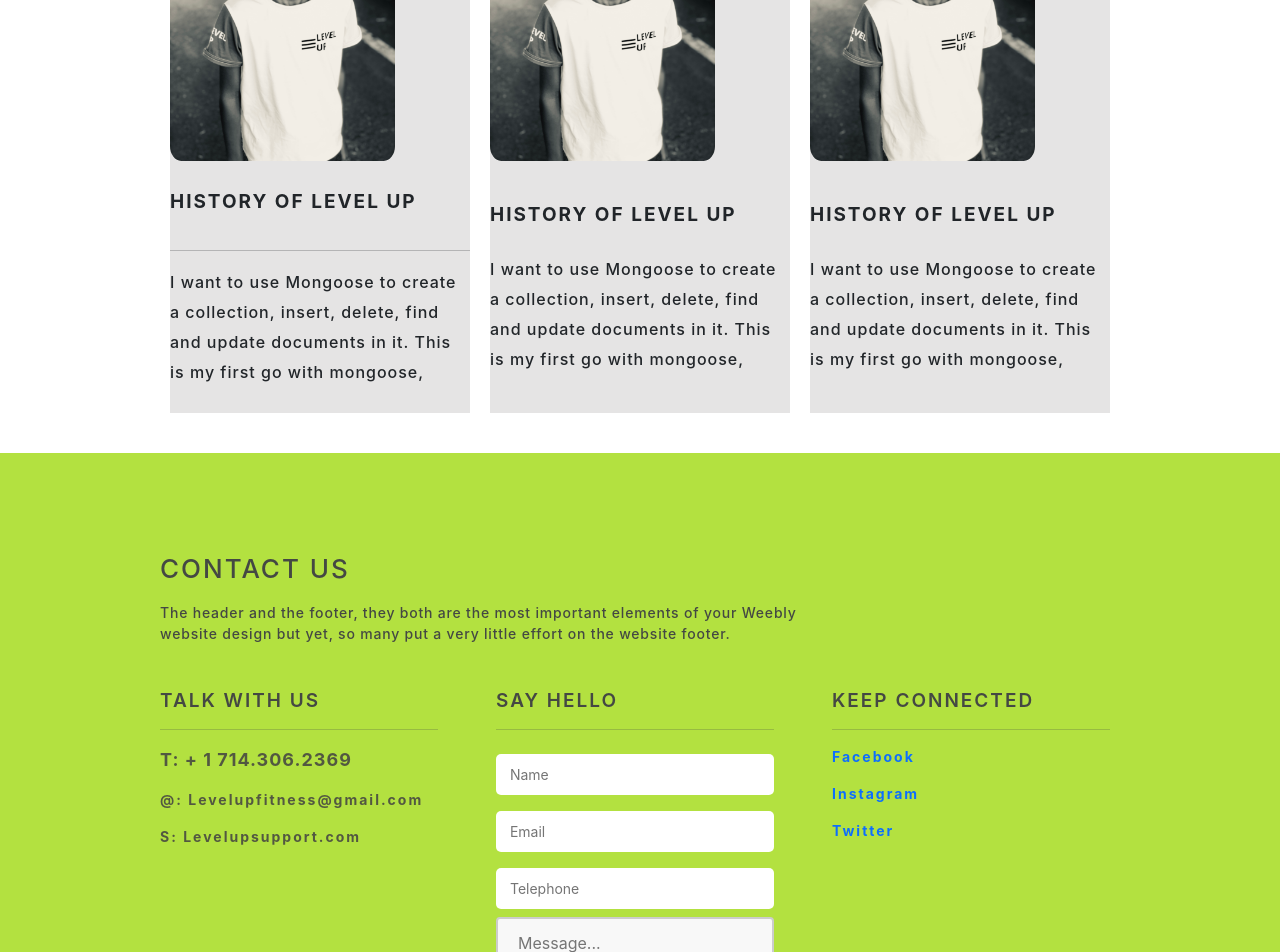
Repository: Bojurie/Level-up
Page: /about (app in client/)
An editor plug-in stored every save of this project. The page is shown before and after the next save, followed by the edit.
The browser window is 1280 px wide. The pictures show the part of the page from y = 589 to 1541 px (the page is 1799 px tall before and 1769 px after).
Some web fonts or font styles are not loaded; a fallback is used. Some web libraries are served in a nearby version. The project was rebuilt for these pictures with package versions that can differ from the ones it lists, and the page was loaded fresh each time. Also part of the build but not shown: client/src/components/Carousel.js, client/src/components/HomeVlog.css, client/src/components/HomeVlog.js, client/src/components/homeProducts.css, client/src/components/HomeProducts.js, client/src/components/Card.js, client/src/components/HomeShop.css, client/src/components/HomeShop.js and 10 more. Imported but missing from the stored project, and not drawn on this page: client/src/components/Chart.

Above is the page before, as saved 2022-11-30 16:20:25.

### client/public/index.html
<!DOCTYPE html>
<html lang="en">
  <head>
    <meta charset="utf-8" />
    <link rel="icon" href="%PUBLIC_URL%/favicon.ico" />
    <meta name="viewport" content="width=device-width, initial-scale=1" />
    <meta name="theme-color" content="#000000" />
    <meta
      name="description"
      content="Web site created using create-react-app"
    />
    <link rel="apple-touch-icon" href="%PUBLIC_URL%/logo192.png" />
    <link rel="manifest" href="%PUBLIC_URL%/manifest.json" />

    <link rel="preconnect" href="https://fonts.googleapis.com" />
    <link rel="preconnect" href="https://fonts.gstatic.com" crossorigin />
    <link
      href="https://fonts.googleapis.com/css2?family=Asap+Condensed:ital,wght@0,400;0,500;1,400&family=Chivo:wght@300;400&family=Jura:wght@300;400;500;600;700&family=Lato:ital,wght@0,400;0,700;1,400&family=Nunito+Sans:wght@400;600&family=Oswald:wght@300;500;700&family=Playball&family=Roboto:ital,wght@0,400;0,500;1,500&family=Wallpoet&display=swap"
      rel="stylesheet"
    />

    <link
      rel="stylesheet"
      href="https://cdn.jsdelivr.net/npm/bootstrap@5.1.3/dist/css/bootstrap.min.css"
      integrity="sha384-1BmE4kWBq78iYhFldvKuhfTAU6auU8tT94WrHftjDbrCEXSU1oBoqyl2QvZ6jIW3"
      crossorigin="anonymous"
    />
    <script
      src="https://kit.fontawesome.com/5ffdb52964.js"
      crossorigin="anonymous"
    ></script>
    <title>React App</title>
    <script
      src="https://kit.fontawesome.com/5ffdb52964.js"
      crossorigin="anonymous"
    ></script>
  </head>
  <body>
    <noscript>You need to enable JavaScript to run this app.</noscript>
    <div id="root"></div>
    <!--
      This HTML file is a template.
      If you open it directly in the browser, you will see an empty page.

      You can add webfonts, meta tags, or analytics to this file.
      The build step will place the bundled scripts into the <body> tag.

      To begin the development, run `npm start` or `yarn start`.
      To create a production bundle, use `npm run build` or `yarn build`.
    -->
  </body>
</html>

### client/src/App.js
import React from 'react';
// import { BrowserRouter as Router, Route, Routes } from 'react-router-dom';
import { BrowserRouter as Router, Route, Routes} from 'react-router-dom'


import Home from './pages/Home';
import About from './pages/About';
import Shop from './pages/Shop';
import Contact from './pages/Contact';
import Navbar from './components/Navbar';
import Footer from './components/Footer';
import LogIn from './pages/LogIn';
import Register from './pages/Register';
import Chart from './components/Chart';
import Vlog from './pages/Vlog';

import {DataProvider} from './components/Context'


function App() {

  return (
        <Router>
          <DataProvider>
          <Navbar />
          <Routes>
              <Route path='/' element={<Home />} />
              <Route path='/about' element={<About />} />
              <Route path='/contact' element={<Contact />} />
              <Route path='/shop' element={<Shop />} />
              <Route path='/vlog' element={<Vlog />} />
              <Route path='/login' element={<LogIn/>} />
              <Route path='/register' element={<Register />} />
              <Route path='/chart' element={<Chart/>} />
          </Routes>
          <Footer />
          </DataProvider>
        </Router>
  );
}

export default App;

### client/src/pages/About.js
import React from 'react';
import './About.css';

import DarkImage from '../images/IMG_5367.jpg'
import { FormTitle } from '../components/FormTitle';
const imgse = DarkImage;

const About = () => {

  return (
    <div className='about'>
    <FormTitle className="sign-in-form__title" />
      <div className=''>
          <div className='aboutContainer'>
            <h1> Who Are We </h1>
            <div className='aboutContent'>
              <div className='aboutParagraph'>
                <div className='AboutUs-content'>
                    <div className='AboutHistory'>
                        <div className='history-img'>
                            <img src={imgse} alt='img'/>
                        </div>
                        <div className='history-content'>
                          <h1>History of Level Up</h1><hr/>
                          <p>I want to use Mongoose to create a collection, insert, delete, find and update documents in it. This is my first go with mongoose,</p>
                        </div>
                    </div>
                    <div className='AboutGoal'>
                        <div className='history-img'>
                            <img src={imgse} alt='img'/>
                        </div>
                        <div className='history-content'>
                          <h1>History of Level Up</h1>
                          <p>I want to use Mongoose to create a collection, insert, delete, find and update documents in it. This is my first go with mongoose,</p>
                        </div>
                    </div>
                    <div className='Aboutproduct'>
                        <div className='history-img'>
                            <img src={imgse} alt='img'/>
                        </div>
                        <div className='history-content'>
                          <h1>History of Level Up</h1>
                          <p>I want to use Mongoose to create a collection, insert, delete, find and update documents in it. This is my first go with mongoose,</p>
                        </div>
                    </div>

                </div>



              </div>
            </div>
          </div>
      </div>
    </div>
  );
}

export default About;

### client/src/components/Navbar.js
import React from 'react';
import { Link } from 'react-router-dom';

import './Navbar.css'
import Logo from '../images/Logo.png'



const Navbar = () => {
  return (
    <nav className='navbar'>
      <div className='navbar-wrapper'>
        <Link to='/' className='logo'>
            <img src={Logo} alt='logo' />
        </Link>
        <ul className='navbar-links'>
            <Link to='/' >Home </Link>
            <Link to='/shop'> Shop</Link>
            <Link to='/Vlog'> V-Log</Link>
            <Link to='/about'> About</Link>
            <Link to='/contact'> Contact</Link>
            <Link to='/login'> Login </Link>
            <Link to='/register'>SignUp</Link>
            <Link to='/chart'><i class="fa-solid fa-cart-shopping"></i></Link>

        </ul>
      </div>

    </nav>
  );
}

export default Navbar;

### client/src/components/Footer.js
import React from 'react';
import { Link } from 'react-router-dom';
  import { FontAwesomeIcon } from '@fortawesome/react-fontawesome'
  import { instagram } from '@fortawesome/free-solid-svg-icons'

import './Footer.css';

const Footer = () => {
  return (
    <div className='footer'>
      <div className='footer-wrapper'>
        <div className='footer-header-wrapper'>
          <div className='footer-header'>
            <h1>Contact Us</h1>
          </div>
          <div className='footer-paragraph'>
            <p>The header and the footer, they both are the most important elements of your Weebly website design but yet, so many put a very little effort on the website footer.</p>
          </div>

        </div>
        <div className='footer-nav-content'>
            <div className='footer-navs-left'>
              <h3>Talk With Us</h3><hr/>
              <div className='footer-contact'>
                <div className='tel'>
                  <p>T: + 1 714.306.2369</p>
                </div>
                <div className='email'>
                  <p>@: Levelupfitness@gmail.com</p>
                </div>
                <div className='support'>
                  <p>S: Levelupsupport.com</p>
                </div>

              </div>

            </div>
            <div className='footer-navs-middle'>
                <h3>Say Hello</h3><hr/>
              <div className='footer-form'>

                  <form className='form'>
                    <input type='text' placeholder=' Name' />
                    <input type='text' placeholder=' Email' />
                    <input type='text' placeholder=' Telephone' />
                    <textarea placeholder='Message...' />
                  </form>
                  <div className='form-btn'>
                    <input type='submit' placeholder='' />
                  </div>

              </div>
            </div>
            <div className='footer-navs-right'>
              <h3>Keep Connected</h3><hr/>
              <div className='social-media'>
                <p><Link to='/'>Facebook</Link></p>
                <p><Link to='/'><FontAwesomeIcon icon="fa-brands fa-instagram" /> Instagram</Link></p>
                <p><Link to='/'>Twitter</Link></p>

              </div>

            </div>
        </div>


      </div>
    </div>
  );
}

export default Footer;

### client/src/components/Context.js
import React,{Component} from 'react';
export const DataContext = React.createContext();

export class DataProvider extends Component {
  constructor(props) {
    super(props)

    this.state = {
       products: [
         {
          "_id": "1",
          "title": "Level-Up Sweat Pant",
          "src": "https://images.unsplash.com/photo-1618354691373-d851c5c3a990?ixlib=rb-1.2.1&ixid=MnwxMjA3fDB8MHxwaG90by1wYWdlfHx8fGVufDB8fHx8&auto=format&fit=crop&w=658&q=80",
          "description": "Classic fit for running and outdoor activities.",
          "price": 39,
          "colors": ["red", "blue", "black"],
          "count": 2,
         },
         {
          "_id": "2",
          "title": "Kids Level-Up SweatPant",
          "src": "https://images.unsplash.com/flagged/photo-1555895312-bbc472c964f3?ixlib=rb-1.2.1&ixid=MnwxMjA3fDB8MHxwaG90by1wYWdlfHx8fGVufDB8fHx8&auto=format&fit=crop&w=388&q=80",
          "description": "Kids track sweatsuit for running or leisure activities",
          "price": 20,
          "colors": ["red", "blue", "black"],
          "count": 2,
         },
         {
          "_id": "3",
          "title": "Level Up Tank Top",
          "src": "https://images.unsplash.com/photo-1618354691373-d851c5c3a990?ixlib=rb-1.2.1&ixid=MnwxMjA3fDB8MHxwaG90by1wYWdlfHx8fGVufDB8fHx8&auto=format&fit=crop&w=658&q=80",
          "description": "description",
          "price": 20,
          "colors": ["red", "blue", "black"],
          "count": 2,
         },
         {
          "_id": "4",
          "title": "Level Up T-Shirt",
          "src": "https://images.unsplash.com/photo-1618354691373-d851c5c3a990?ixlib=rb-1.2.1&ixid=MnwxMjA3fDB8MHxwaG90by1wYWdlfHx8fGVufDB8fHx8&auto=format&fit=crop&w=658&q=80",
          "description": "description",
          "price": 20,
          "colors": ["red", "blue", "black"],
          "count": 2,
         },
         {
          "_id": "5",
          "title": "Level Up Sweater",
          "src": "https://images.unsplash.com/photo-1618354691373-d851c5c3a990?ixlib=rb-1.2.1&ixid=MnwxMjA3fDB8MHxwaG90by1wYWdlfHx8fGVufDB8fHx8&auto=format&fit=crop&w=658&q=80",
          "description": "description",
          "price": 20,
          "colors": ["red", "blue", "black"],
          "count": 2,
         },
         {
          "_id": "6",
          "title": "Level Up Embroidery Shirt",
          "src": "https://images.unsplash.com/photo-1618354691373-d851c5c3a990?ixlib=rb-1.2.1&ixid=MnwxMjA3fDB8MHxwaG90by1wYWdlfHx8fGVufDB8fHx8&auto=format&fit=crop&w=658&q=80",
          "description": "description",
          "price": 20,
          "colors": ["red", "blue", "black"],
          "count": 2,
         },
       ]
    }
  }

  render(){
    const {products} = this.state;
    return(
      <DataContext.Provider value={{products}}>
        {this.props.children}
      </DataContext.Provider>
    )
  }
}
export default DataProvider;

### client/src/pages/About.css
.aboutContainer h1 {
  padding: 20px 0;
  text-transform: uppercase;
  font-weight: bold;
  letter-spacing: 2px;
}

.aboutContainer {
  padding: 40px 160px;
}

.aboutParagraph p {
  letter-spacing: 1px;
  line-height: 30px;
  font-weight: 500;
}

.aboutParagraph img {
  border-radius: 5%;
  float: left;
  margin: 0 30px 0 0;
}

.AboutUs-content {
  display: flex;
}

.AboutHistory,
.AboutGoal,
.Aboutproduct {
  display: grid;
    margin: 0 auto;
    width: 300px;
    background-color: rgb(229, 228, 228);
}

.history-img {
  width: 100%;
  height: 300px;
}

.history-content {
  padding: 10px 0;
}
.history-content h1{
  font-size: 19px;
}

### client/src/components/FormTitle.js
import React from "react";
import './FormTitle.css';

export function FormTitle(props) {
  const { className, text } = props;
  return <h1 className={`${className} form-title`}>{text}</h1>;
}

### client/src/components/Navbar.css
.logo img {
  width: 250px;
}

.navbar {
  padding-top: 0;
  display: contents;
}

.navbar-wrapper {
  display: flex;
  /* justify-content: center; */
  align-items: center;
  height: 90px;
  background: #b3e140;
  padding: 0 50px;
  justify-content: space-between;
}

.navbar-links {
  margin-bottom: 0;
}

.navbar-links a {
  font-size: 14px;
  letter-spacing: 2px;
  font-weight: 700;
  text-transform: capitalize;
  margin: 0 10px;
  color: rgb(68, 72, 67);

}

a {
  list-style: none;
  text-decoration: none;
}

### client/src/components/Footer.css
.footer {
  background-color: #b3e140;
      font-size: 14px;
    letter-spacing: 2px;
    font-weight: 700;

    color: rgb(68, 72, 67);
}
.footer-header h1 {
 font-size: 26px;
 text-transform: uppercase;
 letter-spacing: 2px;
}

.footer-navs {
  text-decoration: none;
  list-style-type: none;

}
.footer-navs li{
  padding: 10px 0;
  letter-spacing: 1px;
  text-transform: uppercase;
  font-weight: 600;

}
.footer-wrapper {
  padding: 100px 160px;
}

.footer-contact {



}
.footer-nav-content p {
 color: #424141db;
}
.footer-contact > .tel p{
    font-size: 18px;
    letter-spacing: 1px;

}
.footer-contact > .email p{
    font-size: 14px;
    /* letter-spacing: 2px; */
}
.footer-contact > .support p{
    font-size: 14px;
    letter-spacing: 2px;
}
.footer-paragraph {
  width: 70%;
  letter-spacing: .8px;
  font-weight: 500;
  padding: 10px 0;
}
.footer-wrapper h3{
 text-transform: uppercase;
 letter-spacing: 2px;
 font-size: 19px;
 font-weight: 600;

}

.footer-nav-content {
  display: flex;
  justify-content: space-between;
}



.footer-navs-left,
.footer-navs-middle,
.footer-navs-right{

  padding: 20px 10px 0 0;
  border-radius: 10px;
}

.footer-form {
  background-color: none !important;
}

/* footer Left section */
.footer-navs-left {
  width: 30%;
}

/* footer Middle section */
.footer-navs-middle {
 width: 30%;
}

.form {
  display: grid;
}
.form input {
  padding: 10px ;
  margin: 8px 0;
  border-radius: 5px;
  border: none;
}
.form input:focus {
  border: none;
}

.form textarea {
   width: 100%;
  height: 150px;
  padding: 12px 20px;
  box-sizing: border-box;
  border: 2px solid #ccc;
  border-radius: 4px;
  background-color: #f8f8f8;
  font-size: 16px;
  resize: none;
}
.form input:active {

  border: 1px solid rgb(241, 234, 234);

}
.form-btn {

}
.form-btn input {
     padding: 5px 25px;
    margin: 5px 0;
    border-radius: 4px;
    background-color: #999999;
    border: 1px solid  #b3e140;
    color: #b3e140;
    letter-spacing: 1.1px;
    font-weight: 600;
    text-transform: uppercase;
}

.footer-navs-right {
  width: 30%;
}

### client/src/components/Carousel.css
 .d-block {
   width: 100%;
   /* object-fit: cover; */
   /* object-position: 50% 50%; */
   /* background-size: contain;
   background-repeat: no-repeat; */
 }


 img {

   max-width: 100%;
   max-height: 100%;
   object-fit: cover;
   background-repeat: no-repeat;
 }

 .carousel-item img {
   width: 1000px;
   height: 500px;
 }

 .carousel-caption {
   top: 50%;
 }

 .carousel {
   object-fit: contain;
 }

### client/src/components/FormTitle.css
.form-title {
  font-size: 3rem;
  font-weight: 700;
  line-height: 2rem;
  margin: auto 0;
  color: white;
  background-image: url('https://images.unsplash.com/photo-1581397867105-8c988bd747e6?ixlib=rb-4.0.3&ixid=MnwxMjA3fDB8MHxwaG90by1wYWdlfHx8fGVufDB8fHx8&auto=format&fit=crop&w=1170&q=80') ;
    background-repeat: no-repeat;
  background-position: center;
  background-size: cover;
  padding: 7rem 0 7rem 10rem;
  letter-spacing: 5px;
  text-transform: uppercase;
  display: flex;
  justify-content: flex-start;

}
.form-title h1{


}


.shopForm-title {
 font-size: 3rem;
  font-weight: 700;
  line-height: 2rem;
  letter-spacing: 5px;
  text-transform: uppercase;
  display: flex;
  margin: auto 0;
   background-image: url('https://images.unsplash.com/photo-1581397867105-8c988bd747e6?ixlib=rb-4.0.3&ixid=MnwxMjA3fDB8MHxwaG90by1wYWdlfHx8fGVufDB8fHx8&auto=format&fit=crop&w=1170&q=80') ;
    background-repeat: no-repeat;
  background-position: center;
  background-size: cover;

  padding: 7rem 0 7rem 10rem;
  justify-content: flex-start;

}
.FormTitleLogin-title {
  font-size: 3rem;
  font-weight: 700;
  line-height: 2rem;
  padding: 6rem 0;
  letter-spacing: 5px;
  text-transform: uppercase;
  display: flex;
  justify-content: center;
  margin: auto 0;
   background-image: url('https://images.unsplash.com/photo-1609770231080-e321deccc34c?ixlib=rb-4.0.3&ixid=MnwxMjA3fDB8MHxwaG90by1wYWdlfHx8fGVufDB8fHx8&auto=format&fit=crop&w=765&q=80') ;
    background-repeat: no-repeat;
  background-position: center;
  background-size: cover;

}
.ContactForm-title {
 /* font-size: 3rem;
  font-weight: 700;
  line-height: 2rem;
  text-transform: uppercase; */
  display: flex;
  margin: auto 0;
   background-image: url('https://images.unsplash.com/photo-1587560699334-bea93391dcef?ixlib=rb-4.0.3&ixid=MnwxMjA3fDB8MHxwaG90by1wYWdlfHx8fGVufDB8fHx8&auto=format&fit=crop&w=1170&q=80') ;
    background-repeat: no-repeat;

 padding: 7rem 0 7rem 10rem;
  letter-spacing: 5px;
  justify-content: flex-start;

}
.RegisterForm-title {
  font-size: 3rem;
  font-weight: 700;
  line-height: 2rem;
  padding: 6rem 0;
  letter-spacing: 5px;
  text-transform: uppercase;
  display: flex;
  justify-content: center;
  margin: auto 0;
   background-image: url('https://images.unsplash.com/photo-1563906267088-b029e7101114?ixlib=rb-4.0.3&ixid=MnwxMjA3fDB8MHxwaG90by1wYWdlfHx8fGVufDB8fHx8&auto=format&fit=crop&w=1170&q=80') ;
    background-repeat: no-repeat;
  /* background-position: bottom; */
  /* background-size: cover; */
    /* background-attachment: */


}
.VlogForm_title h1{


}
.VlogForm_title {
  /* font-size: 3rem;
  font-weight: 700;
  line-height: 2rem; */
  padding: 7rem 0 7rem 10rem;
  letter-spacing: 5px;
  text-transform: uppercase;
  display: flex;
  justify-content: flex-start;
  margin: auto 0;
   background-image: url('https://images.unsplash.com/photo-1440778303588-435521a205bc?ixlib=rb-4.0.3&ixid=MnwxMjA3fDB8MHxwaG90by1wYWdlfHx8fGVufDB8fHx8&auto=format&fit=crop&w=1470&q=80') ;
    background-repeat: no-repeat;
  background-position: center;
  background-size: cover;

}

@media screen and (max-width: 414px) {
  .form-title {
    padding: 4rem 1rem;

  }

}

### client/src/components/auth/LoginForm.css
.loginForm-wrapper {
  text-align: center;
    justify-content: center;
    width: 600px;
    margin: auto;
    padding: 90px 0;

}
.login-header {
  text-transform: uppercase;
  letter-spacing: 2px;
  font-weight: 600;
}


form {
  display: grid;
}

.loginForm-header {
  font-size: 20px;
}

.loging
form input {
  margin: 5px 0;
  padding: 10px;
  border-radius: 10px;
  border: 1px solid white;
  background-color: rgba(243, 247, 255, 0.715) !important;
}
form input:focus{
  border: 2px solid green;
}
form > .loginBtn > input{
  padding: 8px;
  width: 100%;
  background-color:#999999!important;
  color: #ccf368;
  font-weight: 700;
  border: none;
  margin:5px 0 ;
  font-size: 20px;
  letter-spacing: 3px;
}

### client/src/components/auth/registerForm.css

.registerForm-wrapper {
  text-align: center;
    justify-content: center;
    width: 600px;
    margin: auto;
    padding: 90px 0;

}
.login-header {
  text-transform: uppercase;
  letter-spacing: 2px;
  font-weight: 600;
}


form {
  display: grid;
}

.loginForm-header {
  font-size: 20px;
}

.register
form input {
  margin: 5px 0;
  padding: 10px;
  border-radius: 10px;
  border: 1px solid white;

}
form input:focus{
  border: 2px solid green;
}
form > .loginBtn > input{
  padding: 8px;
  width: 100%;
  background-color: #b3e140 !;
  border: none;
  margin:5px 0 ;
}

Loaded but not shown: client/src/index.js (common file); client/src/index.css (common file)

After the next save:
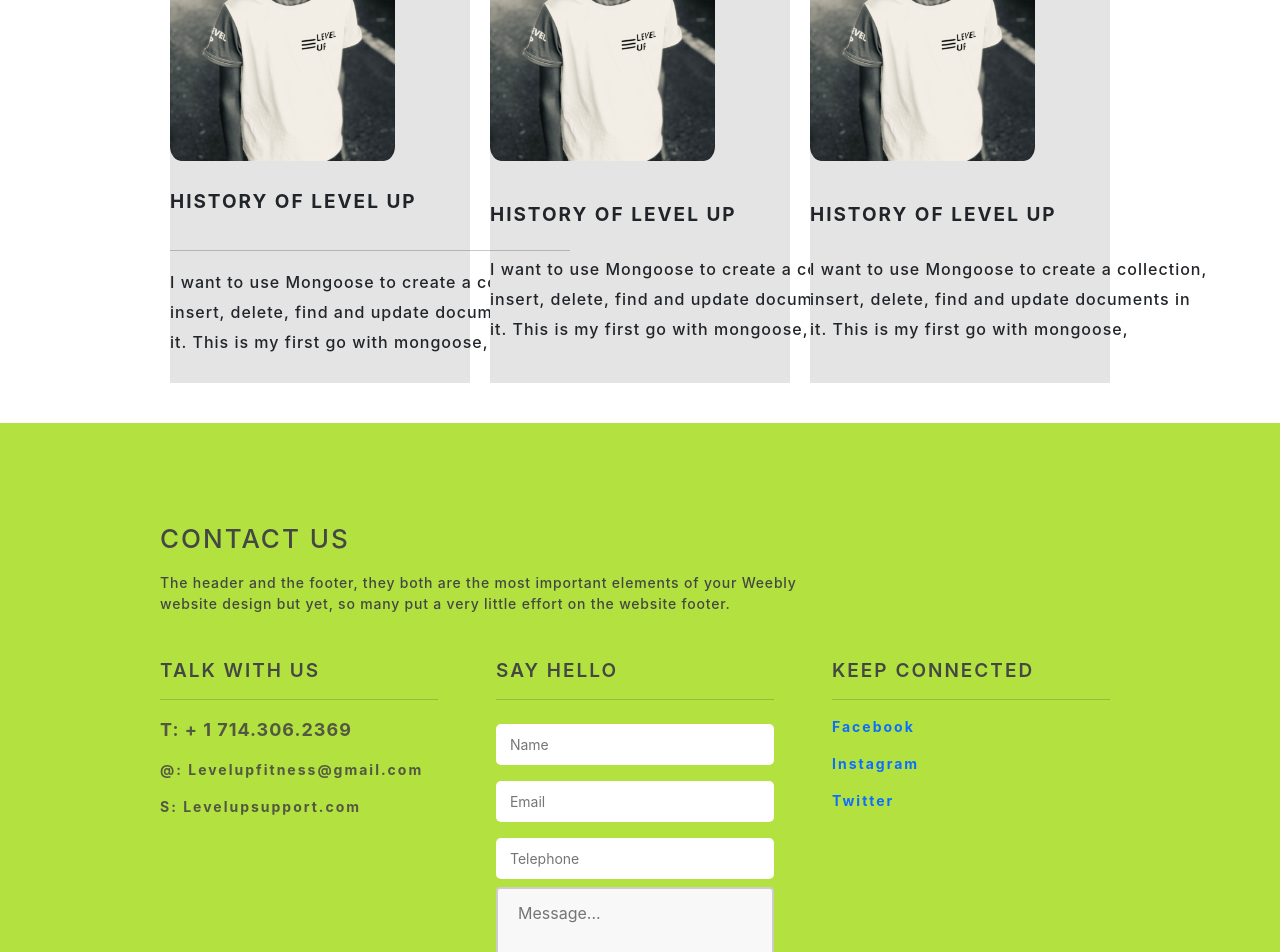
Saved 21 s later.
--- a/client/src/pages/About.css
+++ b/client/src/pages/About.css
@@ -35,7 +35,7 @@
 }
 
 .history-img {
-  width: 100%;
+  width: 400px;
   height: 300px;
 }
 
